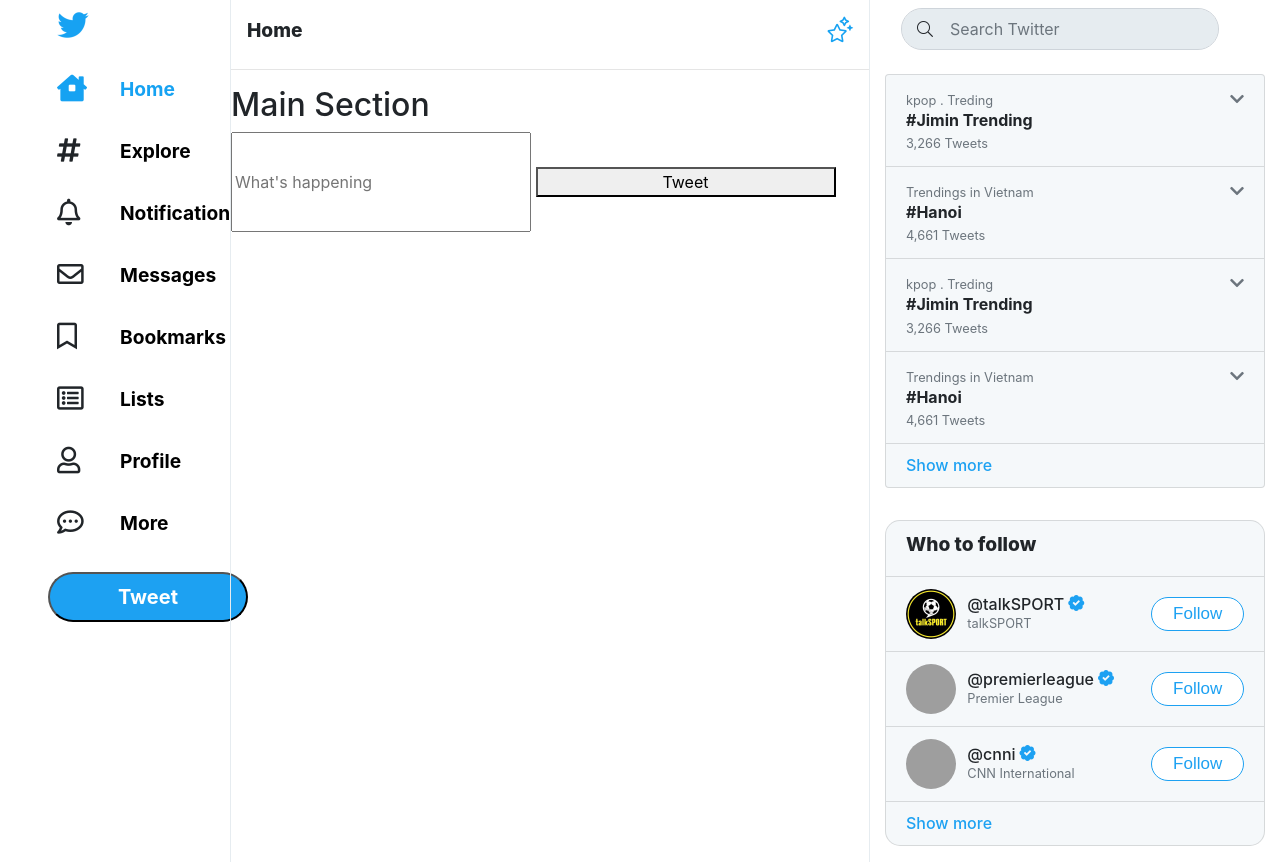
Repository: tts2610/Twitter-clone
Page: index.html
The author's editor kept a copy of each file at every save. The page is drawn from the files as they stood at one save, then again after the next save.
The browser window is 1280 px wide. The pictures show the whole page.
Pictures or frames that could not be fetched are drawn as grey boxes.

Above is the page before, as saved 2020-05-23 15:43:22.

After the next save:
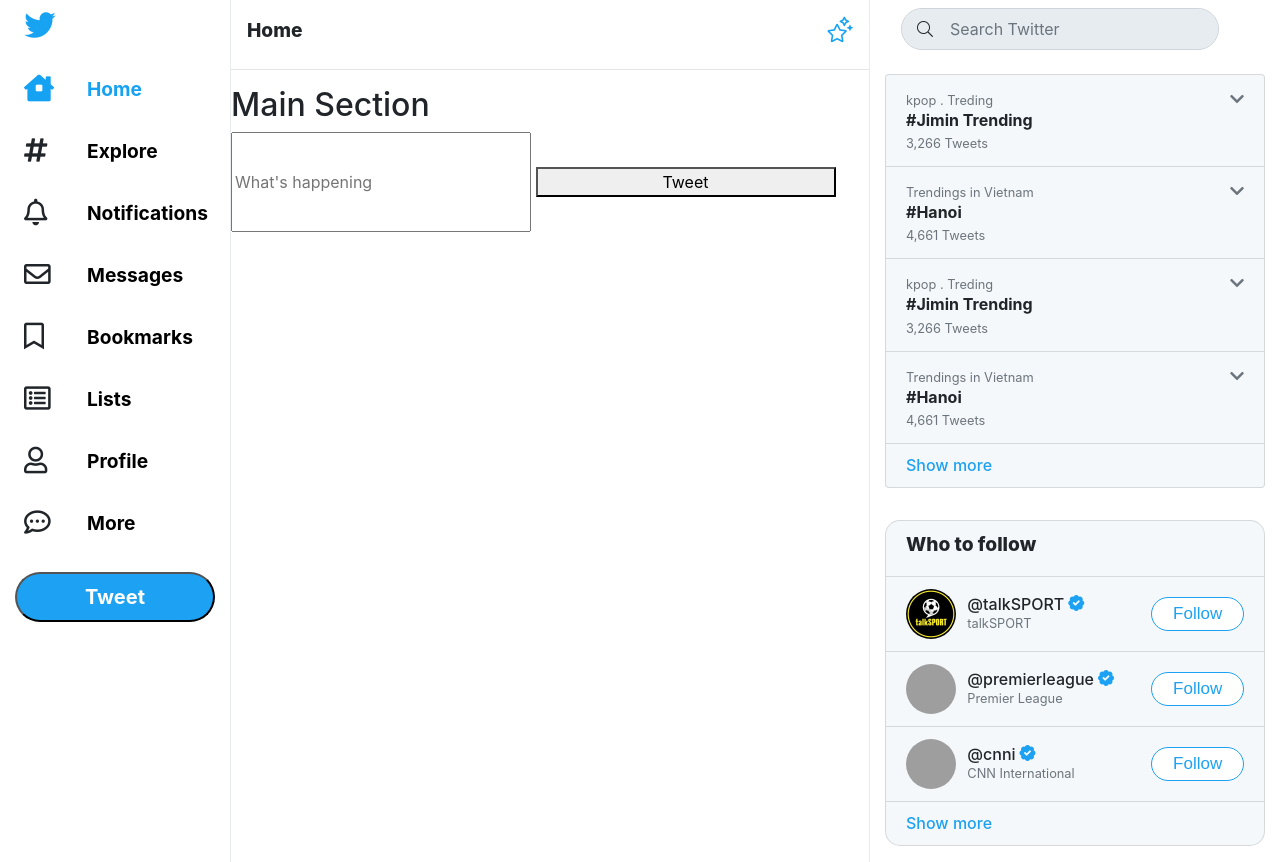
Saved 9 s later.
--- a/index.html
+++ b/index.html
@@ -27,7 +27,7 @@
 <body>
     <div class="container" style="width: 100%;">
         <div class="row">
-            <div class="col-3 px-5">
+            <div class="col-3 pr-5">
                 <div class="row">
                     <div class="col"><img src="/img/twt-logo1.png" alt="twitter-logo" width="50" height="50"></div>
                 </div>
